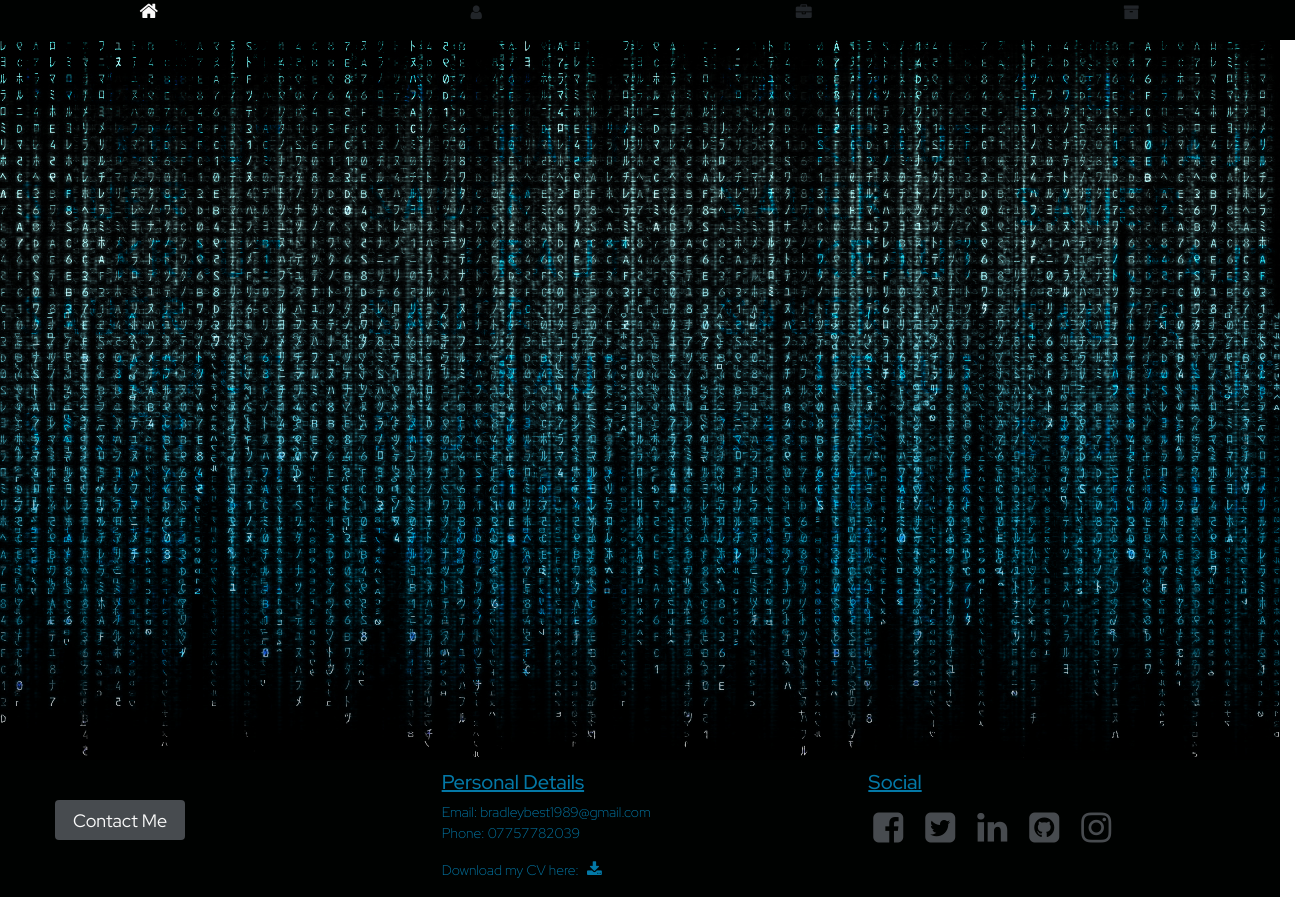
Repository: Brad000/Resume-project
Page: index.html
The author's editor kept a record of every edit. The page is drawn from the files as they stood at one moment, then again after the next edit.
The browser window is 1280 px wide. The page is 1295 px wide, so the pictures cover 1295 px, including what lies to the right of the window. The pictures show the whole page.

Above is the page before.

### index.html
<!DOCTYPE html>
<html lang="en">

<head>
    <meta charset="UTF-8">
    <meta name="viewport" content="width=device-width, initial-scale=1.0">
    <meta http-equiv="X-UA-Compatible" content="ie=edge">
    <link rel="stylesheet" href="https://stackpath.bootstrapcdn.com/bootstrap/4.3.1/css/bootstrap.min.css" type="text/css" />
    <link rel="stylesheet" href="https://stackpath.bootstrapcdn.com/font-awesome/4.7.0/css/font-awesome.min.css" type="text/css" />
    <link rel="stylesheet" href="assets/css/style.css" type="text/css" />
    <link rel="stylesheet" href="https://cdnjs.cloudflare.com/ajax/libs/hover.css/2.3.1/css/hover-min.css" type="text/css" />
    <title>Bradley Best - Full Stack Web Developer</title>
</head>

<body>
    <header>
        <div class="row">
            <div class="col-3 nav-item">
                <i class="fa fa-home"></i>
            </div>
            <div class="col-3 nav-item">
                <i class="fa fa-user"></i>
            </div>
            <div class="col-3 nav-item">
                <i class="fa fa-briefcase"></i>
            </div>
            <div class="col-3 nav-item">
                <i class="fa fa-archive"></i>
            </div>
        </div>
        <div class="row">
            <div class="col-12 container-fluid">
                <img src="assets/images/code.jpg" class="img-fluid background" alt="Responsive image">
            </div>
        </div>
    </header>
    <footer class="container-fluid">
        <div class="row" id="footer-details">
            <div class="col-sm-4">
                <button type="button" class="btn btn-secondary contact-button" data-toggle="modal" data-target="#exampleModal">Contact Me</button>
            </div>
            <div class="col-sm-4 footer-headings">
                <h5 class="sub-headings">Personal Details</h5>
                <div class="key">
                    <p class="personal-info-text">
                        Email: bradleybest1989@gmail.com
                    </p>
                </div>
                <div class="personal-info-text">
                    <p>
                        Phone: 07757782039
                    </p>
                </div>
                <div class="personal-info-text">
                    <p class="cv-text">Download my CV here:
                        <span><a href="assets/cv/CV.pdf" target="_blank" class="cv-pdf"></a>
                        <i class="fa fa-download cv-link" aria-hidden="true"></i>
                        </span>
                    </p>
                </div>
            </div>
            <div class="col-sm-4">
                <h5 class="footer-headings sub-headings">Social</h5>
                <ul class="list-inline">
                    <li class="list-inline-item social-links">
                        <a target="_blank" href="https://www.facebook.com/profile.php?id=100010751790168">
                            <i class="fa fa-facebook-square" aria-hidden="true"></i>
                            <span class="sr-only">Facebook</span>
                        </a>
                    </li>
                    <li class="list-inline-item social-links">
                        <a target="_blank" href="https://twitter.com/BradleyBest28">
                            <i class="fa fa-twitter-square" aria-hidden="true"></i>
                            <span class="sr-only">Twitter</span>
                        </a>
                    </li>
                    <li class="list-inline-item social-links">
                        <a target="_blank" href="https://www.linkedin.com/in/bradley-best-b56072188/">
                            <i class="fa fa-linkedin" aria-hidden="true"></i>
                            <span class="sr-only">Linkedin</span>
                        </a>
                    </li>
                    <li class="list-inline-item social-links">
                        <a target="_blank" href="https://github.com/Brad000/Resume-project">
                            <i class="fa fa-github-square" aria-hidden="true"></i>
                            <span class="sr-only">GitHub</span>
                        </a>
                    </li>
                    <li class="list-inline-item social-links">
                        <a target="_blank" href="https://www.instagram.com/brad_best0/?hl=en">
                            <i class="fa fa-instagram" aria-hidden="true"></i>
                            <span class="sr-only">Instagram</span>
                        </a>
                    </li>
                </ul>
            </div>
        </div>
    </footer>
</body>

</html>

### assets/css/style.css
@import url('https://fonts.googleapis.com/css?family=Red+Hat+Display:100,200,300,400,500,600,700');

/*-----------------Nav----------------------*/

.nav-container {

height: 100vh;
}

.background {
  height: 100vh;
  width: 100vw;
}

.nav-item {
  height: 40px;
  background-color: #000201;
  text-align: center;
}

.fa-home {
  font-size: 20px;
  color: #fafafa;
  text-align: center;
}
/*-----------------Text-------------------*/

.sub-headings {
  padding-top: 10px;
  text-decoration: underline;
}


/*-----------------Footer-------------------*/


footer {
  background-color: #000201;
  color: #0378A6;
  min-height: 130px;
  margin: 0;
  font-size: 18px;
  font-family: 'Red Hat Display', sans-serif;
  font-weight: 300;

}

.contact-button {
  width: 130px;
  border: 0;
  height: 40px;
  margin: 40px;
  text-align: center;
  font-size: 18px;
  color: #fafafa;
  background: #474b4f;
  transition: background 0.5s ease-in-out;
  -moz-transition: background 0.5s ease-in-out;
  -webkit-transition: background 0.5s ease-in-out;
  -o-transition: background 0.5s ease-in-out;
}

.contact-button:hover {
  background-color: #04C4D9;
}

.personal-info-text {
  margin: 0;
  font-size: 14px;
  font-weight: 200;
}

.cv-link {
  margin-left: 5px;
  font-size: 16px;
  color: #0378A6;
  transition: color 0.5s ease-in-out;
  -moz-transition: color 0.5s ease-in-out;
  -webkit-transition: color 0.5s ease-in-out;
  -o-transition: color 0.5s ease-in-out;
}

.cv-link:hover {
  color: #025E73;
  cursor: pointer;
}

.social-links a {
  color: #474b4f;
  font-size: 35px;
  padding: 5px;
  transition: color 0.5s ease-in-out;
  -moz-transition: color 0.5s ease-in-out;
  -webkit-transition: color 0.5s ease-in-out;
  -o-transition: color 0.5s ease-in-out;
}

.social-links a:hover {
  color: #04C4D9;
}

/*-----------------Media Queries-------------------*/

@media(max-width: 575px) {
  .contact-button {
    margin: 10px 0px 0px 0px;
  }
}

After the next edit:
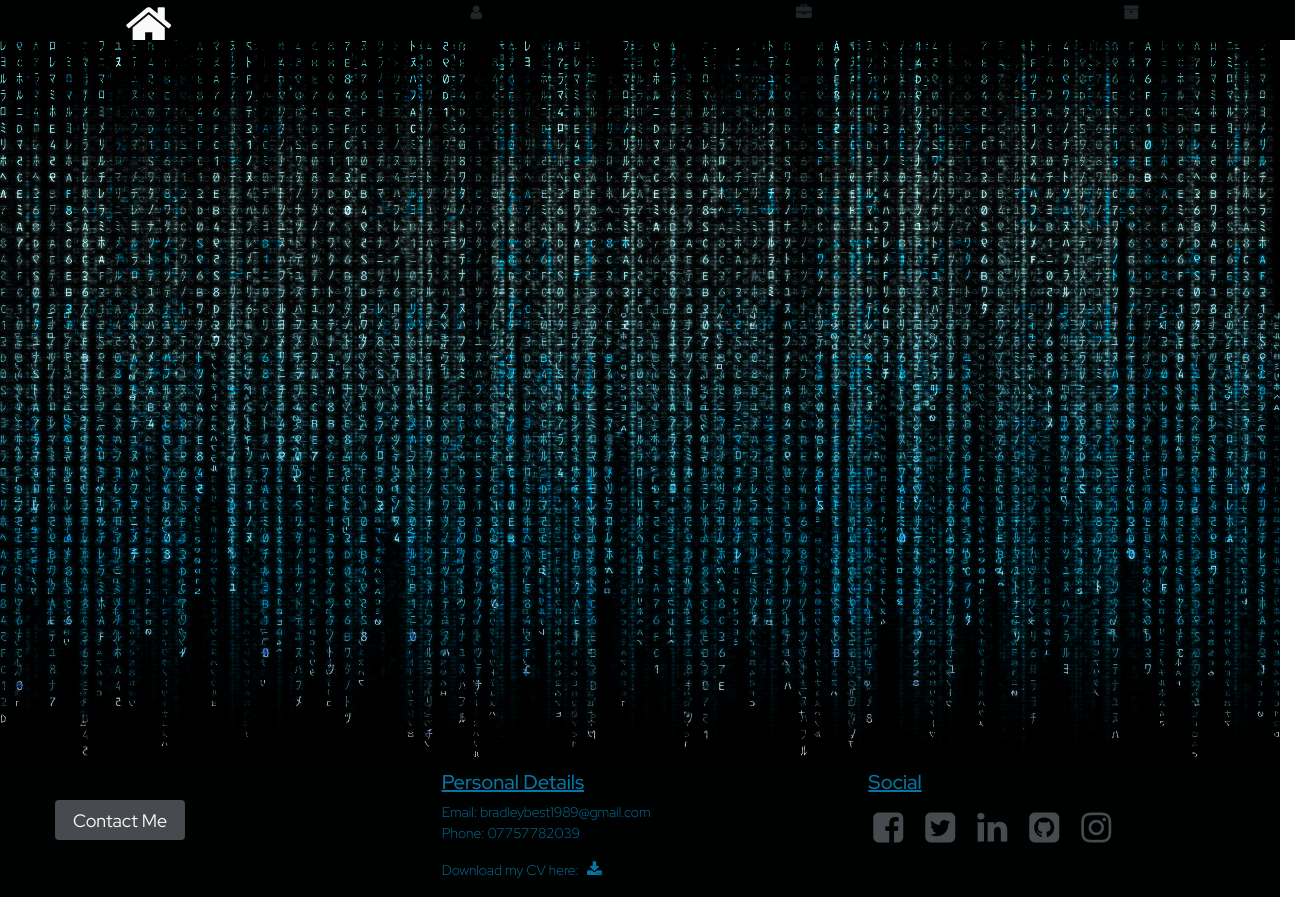
The edit:
--- a/assets/css/style.css
+++ b/assets/css/style.css
@@ -19,7 +19,7 @@
 }
 
 .fa-home {
-  font-size: 20px;
+  font-size: 50px;
   color: #fafafa;
   text-align: center;
 }
